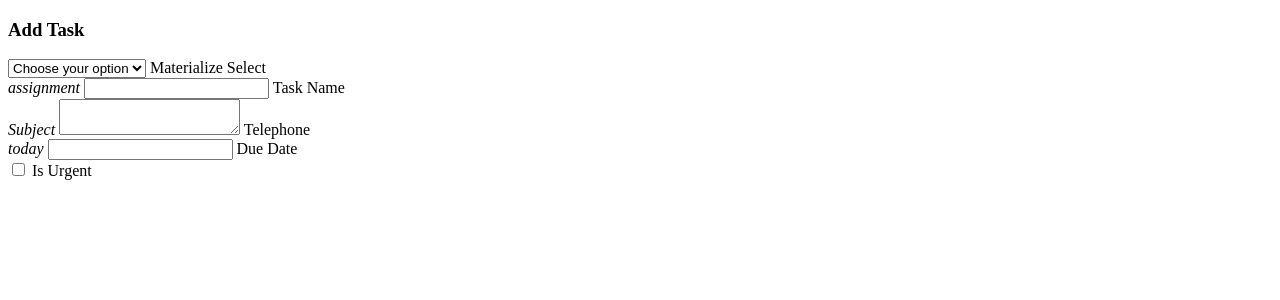
Repository: grantymartin/task_manager
Page: http://localhost/add_task
The author's editor kept a record of every edit. The page is drawn from the files as they stood at one moment, then again after the next edit.
The browser window is 1280 px wide. The pictures show the whole page.
The page is served by the project's application, run on Flask 3 (app.py).

Above is the page before.

### templates/addtask.html
{% extends 'base.html' %} {% block content %}

<h3>
    Add Task
</h3>

<div class="row">
    <form class="col s12" action="" method="POST" class="row">
        <div class="row">
            <div class="input-field col s12">
                <select>
                    <option value="" disabled selected>Choose your option</option>
                    <option value="1">Option 1</option>
                    <option value="2">Option 2</option>
                    <option value="3">Option 3</option>
                </select>
                <label>Materialize Select</label>
            </div>
        </div>

        <div class="row">
            <div class="input-field col s12">
                <i class="material-icons prefix">assignment</i>
                <input id="task_name" name="task_name" type="text" class="validate">
                <label for="icon_prefix">Task Name</label>
            </div>
        </div>

        <div class="row">
            <div class="input-field col s12">
                <i class="material-icons prefix">Subject</i>
                <textarea id="task_description" name="task_description" id="task_description" type="tel" class="materialize-textarea"></textarea>
                <label for="icon_telephone">Telephone</label>
            </div>
        </div>

        <div class="row">
            <div class="input-field col s12" id="matfix">
                <i class="material-icons prefix">today</i>
                <input id="due_date" name="due_date" type="text" class="datepicker">
                <label for="icon_prefix">Due Date</label>
            </div>
        </div>

        <div class="row">
            <div class="switch">
                <label><input type="checkbox" id="is_urgent" name="is_urgent">
                <span class="lever"></span>
                Is Urgent
                </label>
            </div>
        </div>
    </form>
</div>
{% endblock %}

### templates/base.html
<!DOCTYPE html>
<html lang="en">
<head>

</head>
<body>
    {% block content %}

    {% endblock %}
</body>
</html>

### app.py
import os
from flask import Flask, render_template, redirect, request, url_for
from flask_pymongo import PyMongo
from bson.objectid import ObjectId

app = Flask(__name__)

app.config["MONGO_DBNAME"] = 'task_manager'
app.config["MONGO_URI"] = 'mongodb+srv://grantymartin:Twodogs101@myfirstcluster-2clbu.mongodb.net/task_manager?retryWrites=true&w=majority'

mongo = PyMongo(app)

@app.route('/')
@app.route('/get_tasks')
def get_tasks():
    return render_template("tasks.html", tasks=mongo.db.tasks.find())


@app.route('/add_task')
def add_task():
    return render_template('addtask.html')

if __name__ == '__main__':
    app.run(host=os.environ.get('IP'),
    port=int(os.environ.get('PORT')),
    debug=True)

After the next edit:
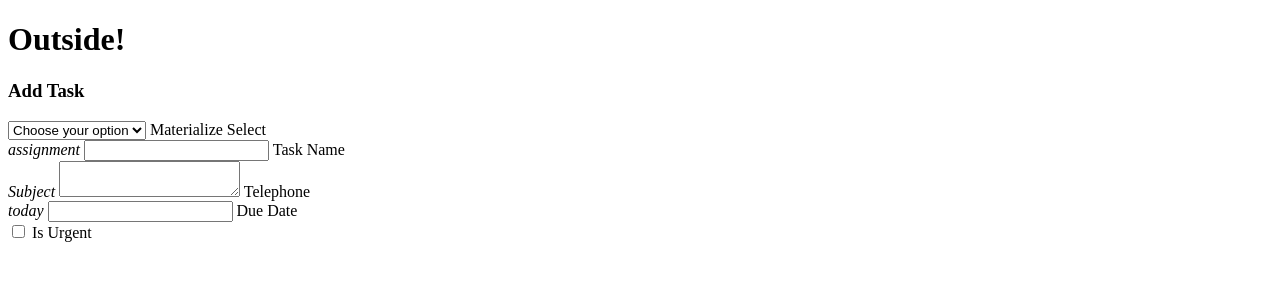
The edit:
--- a/templates/base.html
+++ b/templates/base.html
@@ -4,6 +4,9 @@
 
 </head>
 <body>
+    <h1>
+        Outside!
+    </h1>
     {% block content %}
 
     {% endblock %}
